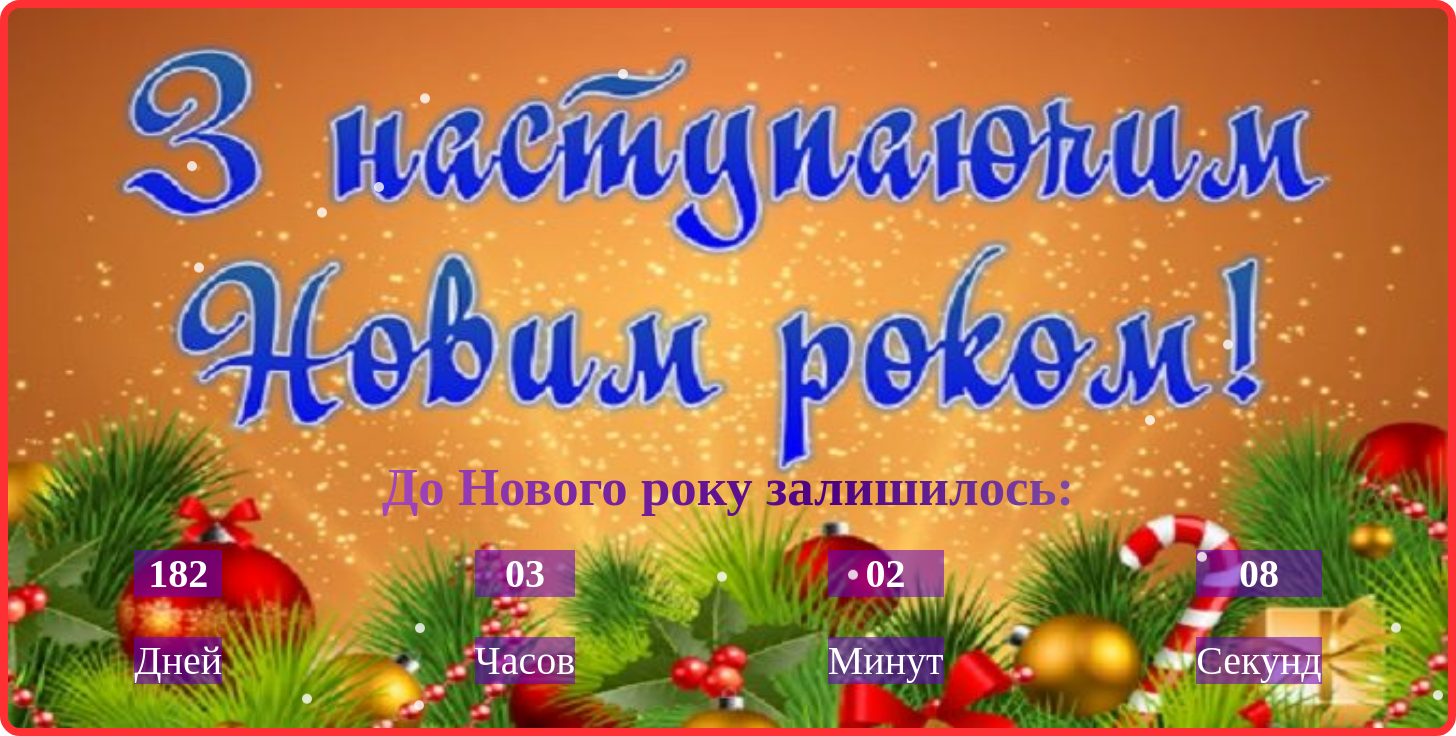
Repository: KonstantinKhamilov/JavaScript11-new-year
Page: index.html
An editor plug-in stored every save of this project. The page is shown before and after the next save, followed by the edit.
The browser window is 1440 px wide. The page is 1456 px wide, so the pictures cover 1456 px, including what lies to the right of the window. The pictures show the whole page.

Above is the page before, as saved 2024-12-29 22:02:23.

### index.html
<!DOCTYPE html>
<html lang="en">
    <head>
        <title>JavaScript11</title>

        <meta charset="utf-8">
        <meta http-equiv="X-UA-Compatible" content="IE=edge">
        <meta name="description" lang="ru" content="Стили css">
        <meta name="author" content="Константин">
        <meta name="keywords" content="Программирование, уроки JavaScript">
        <meta name="robots" content="all">
        <meta name="viewport" content="width=device-width, initial-scale=1.0">
        <link rel="stylesheet" href="newYear.css" type="text/css">
</head>

<body>
   <!--
     <h1><u>Задание 1</u></h1>
    <p>Необходимо реализовать функцию, описывающую окружность.В функции должны быть следующие компоненты:</p>
<ul type="disk">
    <li>поле, хранящее радиус окружности;</li>
    <li>get-свойство, возвращающее радиус окружности;</li>
    <li>set-свойство, устанавливающее радиус окружности;</li>
    <li>get-свойство, возвращающее диаметр окружности;</li>
    <li>метод, вычисляющий площадь окружности;</li>
    <li>метод, вычисляющий длину окружности.</li>
</ul>
       <p>Продемонстрируйте работу свойств и методов.</p>
       <p>Введите радиус окружности: </p>
       <input type="text" id="rad">
        <button onclick="showResults()">Показать результаты</button>
        <p id="output"></p>

          <h1><u>Задание 2</u></h1>
          <p>Реализуйте функцию, которая описывает css класс.функция CssClass должна содержать внутри себя:</p>
          <ul type="square">
<li>название css класса;</li>
<li>массив стилей;</li>
<li>метод для установки стиля;</li>
<li>метод для удаления стиля;</li>
<li>метод getCss(), который возвращает css код в виде строки.</li>
          </ul>

          <p>Введите название класса:</p>
    <input type="text" id="class" />
    <button onclick="showCSS()">Показать результат генерации</button>
    <p id="output1"></p>

    <p>Добавить стиль:</p>
    <input type="text" id="add-style" />
    <button onclick="addStyle()">Добавить</button>

    <p>Удалить стиль:</p>
    <input type="text" id="remove-style" />
    <button onclick="removeStyle()">Удалить</button>

  <h1><u>Задание 3</u></h1>
  <p>
    Рассчитайте, сколько дней, часов, минут и секунд осталось до Нового года. Выведите эти значения красиво,
    методом document.write() или другим с тегами -p- и
    -span- и классами для них. Стили можно записать в отдельном css-файле. Если одно из чисел будет меньше 10,
    то его нужно вывести с ведущим 0, например, так:
    Сделайте свой скрипт универсальным, задав дату следующего Нового года относительно текущей даты с помощью методов объекта Date.
  </p>
  <p>Пример вывода результата задания:</p>
<img src="D:\Full Stack\Модуль\JavaScript\JavaScript11\Безымянный1.png" alt="time">
-->
<div class="box" >
  <ol class="maintext">
    <li class="text">До Нового року залишилось:</li>
   <li class="count">

<ol class="time">
  <li class="timer"><h2 id="day">00</h2><p>Дней</p></li>
  <li class="timer"><h2 id="hrs">00</h2><p>Часов</p></li>
  <li class="timer"><h2 id="min">00</h2><p>Минут</p></li>
  <li class="timer"><h2 id="sec">00</h2><p>Секунд</p></li>
</ol>
  </li>
  </ol>
</div>

    <script>


/*
        //1
function Circle(radius) {
  // Сохранение значения радиуса в свойстве объекта
  this.radius = radius;
  // Определение get-свойства для получения значения радиуса
  Object.defineProperty(this, 'radius', {
    get: function() {
      // Возвращение значения радиуса
      return radius;
    },
    // Определение set-свойства для установки значения радиуса
    set: function(value) {
      // Проверка на корректность значения радиуса
      if (value <= 0) throw new Error('Invalid radius');
      // Установка нового значения радиуса
      radius = value;
    }
  });

  // Определение get-свойства для получения значения диаметра окружности
  Object.defineProperty(this, 'diameter', {
    get: function() {
      // Возвращение значения диаметра, равного удвоенному радиусу
      return 2 * radius;
    }
  });

  // Определение метода для вычисления площади окружности
  this.area = function() {
    // Возвращение площади окружности, вычисленной как произведение числа Пи на квадрат радиуса
    return Math.PI * Math.pow(radius, 2);
  }

  // Определение метода для вычисления длины окружности
  this.circumference = function() {
    // Возвращение длины окружности, вычисленной как произведение числа Пи на удвоенный радиус
    return 2 * Math.PI * radius;
  }
}

function showResults() {
    let input = document.getElementById("rad").value;
    let circle = new Circle(input);
    let output = 'Радиус: ' + circle.radius + '<br>';
    output += 'Диаметр: ' + circle.diameter + '<br>';
    output += 'Площадь: ' + circle.area() + '<br>';
    output += 'Длинна окружности: ' + circle.circumference();
    document.getElementById("output").innerHTML = output;
  }

  //2

      // Определение функции CssClass, которая принимает название CSS класса в качестве аргумента
      function CssClass(className) {
        // Сохранение значения названия CSS класса в свойстве объекта
        this.className = className;
        // Создание пустого массива для хранения стилей CSS класса
        this.styles = [];

        // Определение метода setStyle для добавления нового стиля в массив стилей
        this.setStyle = function(style) {
          // Добавление нового стиля в конец массива стилей
          this.styles.push(style);
        }

        // Определение метода removeStyle для удаления существующего стиля из массива стилей
        this.removeStyle = function(style) {
          // Поиск индекса указанного стиля в массиве стилей
          let index = this.styles.indexOf(style);
          // Если стиль найден в массиве
          if (index !== -1) {
            // Удаление стиля из массива по найденному индексу
            this.styles.splice(index, 1);
          }
        }

        // Определение метода getCss для генерации CSS кода класса в виде строки
        this.getCss = function() {
          // Создание строки с селектором CSS класса и открывающей скобкой
          let cssString = '.' + this.className + ' {\n';
          // Цикл по всем стилям в массиве стилей
          for (let i = 0; i < this.styles.length; i++) {
            // Добавление очередного стиля в строку с отступом и точкой с запятой
            cssString += '  ' + this.styles[i] + ';\n';
          }
          // Добавление закрывающей скобки в конец строки
          cssString += '}';
          // Возвращение сгенерированной строки с CSS кодом класса
          return cssString;
        }
      }
      let myClass;

      function showCSS() {
        // Получение значения из элемента input с id 'class'
        let className = document.getElementById('class').value;
        // Создание нового объекта CssClass с названием класса из элемента input
        myClass = new CssClass(className);
        // Добавление стиля 'color: red' в массив стилей класса
        myClass.setStyle('color: red');
        // Добавление стиля 'font-size: 16px' в массив стилей класса
        myClass.setStyle('font-size: 16px');
        // Вывод сгенерированного CSS кода класса в элемент p с id 'output'
        document.getElementById('output1').innerHTML = myClass.getCss();
      }

      function addStyle() {
        if (!myClass) {
          alert('Сначала нажмите кнопку "Показать результат генерации"');
          return;
        }
        // Получение значения из элемента input с id 'add-style'
        let style = document.getElementById('add-style').value;
        // Добавление стиля в массив стилей класса
        myClass.setStyle(style);
        // Вывод обновленного CSS кода класса в элемент p с id 'output'
        document.getElementById('output1').innerHTML = myClass.getCss();
      }

      function removeStyle() {
        if (!myClass) {
          alert('Сначала нажмите кнопку "Показать результат генерации"');
          return;
        }
        // Получение значения из элемента input с id 'remove-style'
        let style = document.getElementById('remove-style').value;
        // Удаление стиля из массива стилей класса
        myClass.removeStyle(style);
        // Вывод обновленного CSS кода класса в элемент p с id 'output'
        document.getElementById('output1').innerHTML = myClass.getCss();
      }
      */

//3
const snowContainer = document.querySelector('.box');

function createSnowflake() {
    const snowflake = document.createElement('div');
    snowflake.classList.add('snowflake');

    // Устанавливаем случайную позицию по горизонтали
    snowflake.style.left = Math.random() * 100 + 'vw';

    // Устанавливаем случайную скорость падения
    snowflake.style.animationDuration = Math.random() * 3 + 2 + 's'; // от 2 до 5 секунд

    // Добавляем снежинку в контейнер
    snowContainer.appendChild(snowflake);

    // Удаляем снежинку после завершения анимации
    setTimeout(() => {
        snowflake.remove();
    }, 5000); // Время должно соответствовать времени падения
}

// Создаем снежинки каждые 300 мс
setInterval(createSnowflake, 300);
const day = document.getElementById('day');
const hrs = document.getElementById('hrs');
const min = document.getElementById('min');
const sec = document.getElementById('sec');
const currentYear = new Date().getFullYear();

const newYear = new Date (`1 Jan ${currentYear + 1} 00:00:00`);

function countdownDate(){
const today = Date.now()
const gap = newYear - today;
let d = Math.floor(gap/1000/60/60/24);
let h = Math.floor((gap/1000/60/60)%24);
let m = Math.floor((gap/1000/60)%60);
let s = Math.floor((gap/1000)%60);

day.innerHTML = d<10 ? '0' + d : d;
hrs.innerHTML = h<10 ? '0' + h : h;
min.innerHTML = m<10 ? '0' + m : m;
sec.innerHTML = s<10 ? '0' + s : s;
}
setInterval(countdownDate,1000);
    </script>
</body>
</html>

### newYear.css
body {
  margin: 0;
  padding: 0;
  overflow: hidden;
}

@keyframes rainbow {
  0% {
    background-position: 0%;
  }
  100% {
    background-position: 100%;
  }
}

.snowflake {
  position: absolute;
  top: -10px; /* Начальная позиция снега */
  background: white; /* Цвет снега */
  border-radius: 50%; /* Круглая форма */
  opacity: 0.8; /* Прозрачность снега */
  animation: fall linear infinite; /* Анимация падения */
  width: 10px; /* Размер снежинки */
  height: 10px; /* Размер снежинки */
}

@keyframes fall {
  0% {
    transform: translateY(0); /* Начальная позиция */
  }
  100% {
    transform: translateY(100vh); /* Конечная позиция */
  }
}

@media screen and (min-width: 320px) {
  .box {
    display: block;
    text-align: end;
    background-image: url("z_nastupauschim_ng_4.jpg");
    background-repeat: no-repeat;
    background-size: 100% 100%;
    border: solid 8px;
    border-radius: 20px;
    border-color: rgb(255, 48, 52);
    height: 100vh;
    width: 100vw;
    position: relative; /* Добавлено для позиционирования */
  }

  ol {
    list-style-type: none;
    margin: auto;
    padding: 0px;
  }

  .maintext {
    display: flex;
    flex-direction: column;
    justify-content: space-between;
    padding: 100% 0px 0px 0px;
    position: absolute;
    bottom: 10%;
    width: 100%;
  }

  .text {
    color: rgb(4, 69, 131);
    font-family: cursive;
    font-weight: bold;
    font-size: 1.8em;
    text-align: center;
    background: linear-gradient(
      270deg,
      red,
      orange,
      yellow,
      green,
      blue,
      white,
      indigo,
      violet
    );
    background-size: 400%; /* Увеличиваем размер фона для анимации */
    -webkit-background-clip: text; /* Обрезаем фон по тексту */
    -webkit-text-fill-color: transparent; /* Делаем цвет текста прозрачным */
    animation: rainbow 3.5s linear infinite;
  }

  .time {
    display: flex;
    flex-direction: row;
    justify-content: space-around;
    width: 100%;
  }

  h2 {
    color: white;
    font-size: 1em;
  }

  .timer > p,
  .timer > #day,
  .timer > #hrs,
  .timer > #min,
  .timer > #sec {
    color: white;
    background-color: rgb(102, 2, 196, 0.55);
    font-size: 1em;
    text-align: center;
  }
}

@media screen and (min-width: 426px) and (max-width: 768px) {
  .timer > p,
  .timer > #day,
  .timer > #hrs,
  .timer > #min,
  .timer > #sec {
    font-size: 1.75em;
  }
  h2 {
    font-size: 2em;
  }
  .text {
    font-size: 2.5em;
  }
  .maintext {
    bottom: 3.5%;
  }
}

@media screen and (min-width: 769px) and (max-width: 1280px) {
  .timer > p,
  .timer > #day,
  .timer > #hrs,
  .timer > #min,
  .timer > #sec {
    font-size: 2em;
  }
  h2 {
    font-size: 2.15em;
  }
  .text {
    font-size: 2.75em;
  }
  .maintext {
    bottom: 2%;
  }
}

@media screen and (min-width: 1281px) {
  .timer > p,
  .timer > #day,
  .timer > #hrs,
  .timer > #min,
  .timer > #sec {
    font-size: 2.5em;
  }
  h2 {
    font-size: 2.8em;
  }
  .text {
    font-size: 3.3em;
  }
  .maintext {
    bottom: 0.5%;
  }
}

After the next save:
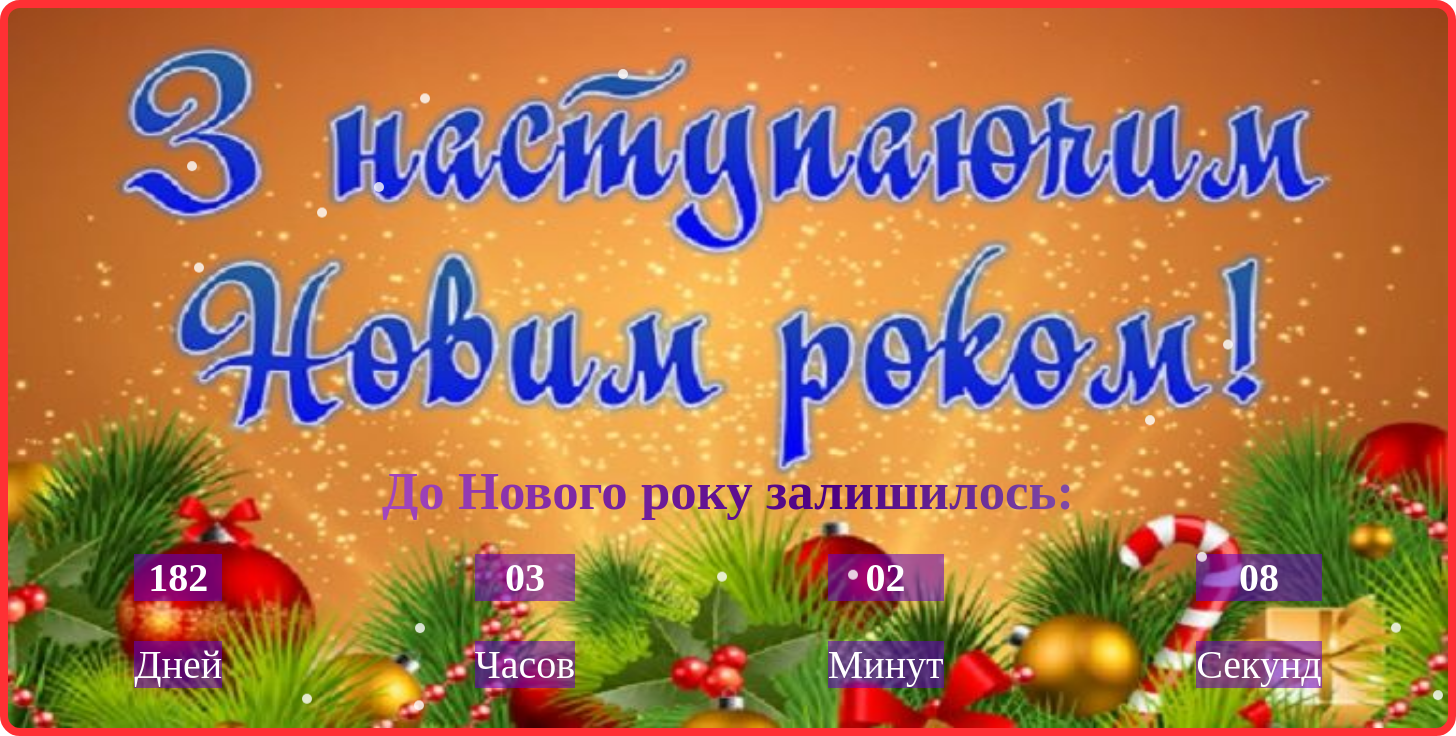
Saved 68 s later.
--- a/newYear.css
+++ b/newYear.css
@@ -164,6 +164,6 @@ body {
     font-size: 3.3em;
   }
   .maintext {
-    bottom: 0.5%;
+    bottom: 0.01%;
   }
 }
